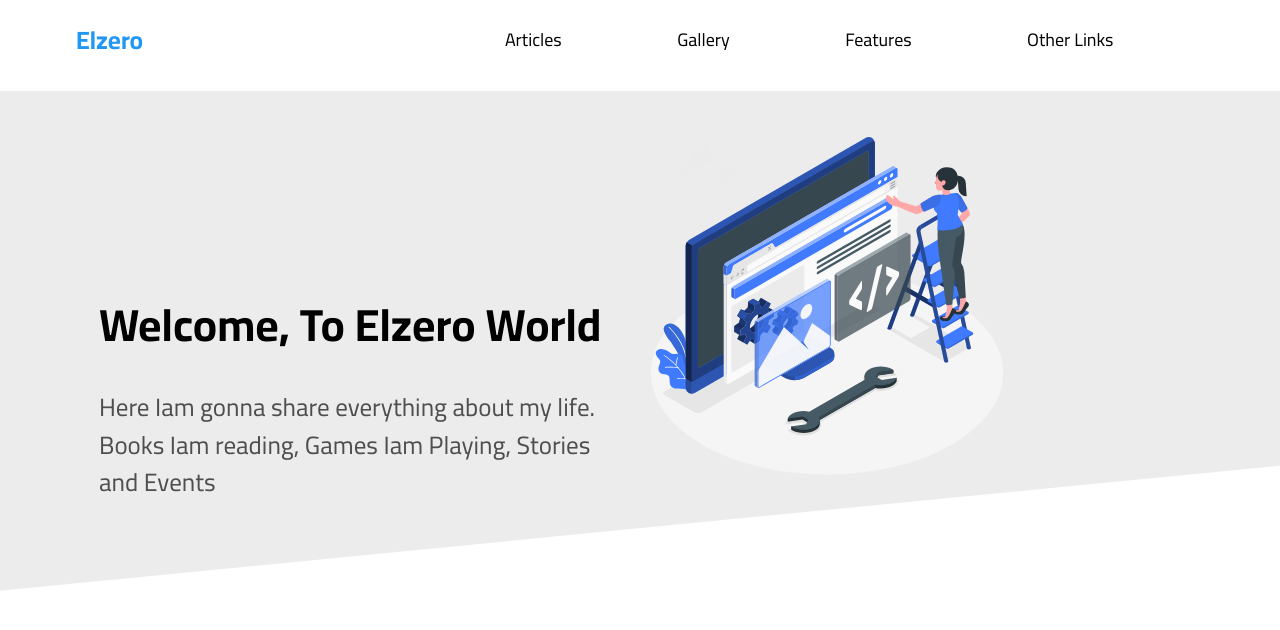
Repository: Toqa-25/elzeroAcdemey-Templete
Page: index.html
An editor plug-in stored every save of this project. The page is shown before and after a run of saves, followed by the edit.
The browser window is 1280 px wide. The pictures show the whole page.

Above is the page before, as saved 2022-01-16 21:48:27.

### index.html
<!DOCTYPE html>
<html lang="en">
<head>
    <meta charset="UTF-8">
    <meta http-equiv="X-UA-Compatible" content="IE=edge">
    <meta name="viewport" content="width=device-width, initial-scale=1.0">
    <!-- normalize file -->
    <link rel="stylesheet" href="css/normalize.css">
    <!-- css files -->
    <link rel="stylesheet" href="css/style.css">
    <!-- fontAwosem file -->
    <link rel="stylesheet" href="css/all.min.css">
     <!-- font files -->
     <link rel="preconnect" href="https://fonts.googleapis.com">
    <link rel="preconnect" href="https://fonts.gstatic.com" crossorigin>
    <link href="https://fonts.googleapis.com/css2?family=Cairo:wght@200;400;700;800;900&display=swap" rel="stylesheet">
    <!-- page title -->
    <title>templete 3</title>
</head>
<body>
    <!-- header section -->
    <header id="" class="">
        <div class="container">
            <div class="header-content">
                <div class="header-content-logo">
                    <a href="index.html" class="logo link-none">Elzero</a>
                </div>
                <nav>
                    <ul class="nav-list unlist">
                        <li class="nav-list-item"> <a href="" class="link-none  link-style" id="articles">articles</a></li>
                        <li class="nav-list-item"> <a href="" class="link-none  link-style" id="gallery">gallery</a></li>
                        <li class="nav-list-item"> <a href="" class="link-none  link-style" id="features">features</a></li>
                        <li class="nav-list-item" id="parent-other-links"> <a href="javascript:;" class="link-none  link-style " >other links</a>
                            <div class="other-links " id="child-other-links">
           <div class="other-links-content">
            <div class="other-links-content-img">
                <img src="images/header/Video files-amico.svg" alt="">
            </div>

            <ul class="other-links-list unlist">
            <div class="other-links-list-group-one">
              <li id="" class="other-links-list-item"><a href="" class="link-none  link-style "><i class="far fa-comments"></i> testimonials</a></li>
              <li id="" class="other-links-list-item"><a href="" class="link-none  link-style "><i class="far fa-user"></i> team member</a></li>
              <li id="" class="other-links-list-item"><a href="" class="link-none  link-style"><i class="far fa-building"></i> services</a></li>
              <li id="" class="other-links-list-item"><a href="" class="link-none  link-style"><i class="far fa-check-circle"></i> our skils</a></li>
              <li id="" class="other-links-list-item"><a href="" class="link-none  link-style"><i class="far fa-clipboard"></i> how it work</a></li>
            </div>
            <div class="other-links-list-group-one">
                <li id="" class="other-links-list-item"><a href="" class="link-none  link-style"><i class="far fa-calendar-alt"></i> events</a></li>
                <li id="" class="other-links-list-item"><a href="" class="link-none  link-style"><i class="fas fa-server"></i> pricing planes</a></li>
                <li id="" class="other-links-list-item"><a href="" class="link-none  link-style"><i class="far fa-play-circle"></i> top video</a></li>
                <li id="" class="other-links-list-item"><a href="" class="link-none  link-style"><i class="fas fa-chart-bar"></i> states</a></li>
                <li id="" class="other-links-list-item"><a href="" class="link-none  link-style"><i class="fas fa-percent"></i> request a discount</a></li>
            </div>
        </ul>
       </div>
       </div>
                        </li>

                    </ul>
                </nav>
            </div>
        </div>
    </header>
    <!-- welcom section -->
    <section id="welcome" class="welcome">
        <div class="container">
            <div class="welcome-content">
                <div class="welcome-content-info">
                    <h1 class="welcome-content-info-head">welcome, to elzero world</h1>
                    <p class="welcome-content-info-text">Here Iam gonna share everything about my life. Books Iam reading, Games Iam Playing, Stories and Events</p>
                </div>
                <div class="welcome-content-img">
                    <img src="images/welcome/Website setup-amico.svg" alt="" srcset="">
                </div>
            </div>
        </div>

    </section>


       <script src="script.js">

       </script>
</body>
</html>

### css/style.css
 /*
  - container
  -section head

 */
 /* global style */
 :root{
     /* --main-color:#45B2F8; */
     --main-color:#2196F3;
     --s-background:#ececec54;
     --f-background:#ececec;
     --p-color:#D6ECEC;
 }

 html , body{
     width: 100%;
     height: 100%;
     margin: 0;
     padding: 0;
     overflow: hidden;
 }
 *{
     box-sizing: border-box;
     margin: 0;
     padding: 0;
 }
 body{
     font-family: "Cairo", sans-serif;
 }
 .container{
      width: 90%;
      margin:0 auto;
      /* padding: 15px 0; */
 }
 .link-none{
     text-decoration: none;
 }
 .unlist{
     list-style: none;
 }
 .link-style{
    font-size: 18px;
    text-transform: capitalize;
 }

 /* header style */
 header{
   margin-bottom: 10px;
 }
.header-content{
    display: flex;
    justify-content: space-between;
    align-items: center;
    padding: 10px 12px ;
    margin-bottom: 10px;
}
.logo{
    font-weight: bolder;
    font-size:25px;
    color:var(--main-color)
}

nav{
    width: 70%;
}
.nav-list{
    display: flex;
    justify-content: space-evenly;
    align-items: center;
}
.nav-list-item {
    cursor: pointer;
    color:#000;
    padding: 20px  25px;
    position: relative;
    transition: background-color .2s ;
    -webkit-transition: background-color .2s ;
    -moz-transition: background-color .2s ;
    -ms-transition: background-color .2s ;
    -o-transition: background-color .2s ;
}
.nav-list-item::before{
    content: "";
    height: 3px;
    width: 0;
    background-color: var(--main-color);
    position: absolute;
    top: 0px;
    left: 0;
    transition: width .6s;
    -webkit-transition: width .6s;
    -moz-transition: width .6s;
    -ms-transition: width .6s;
    -o-transition: width .6s;
}
.nav-list-item a{
        color:#000;
}

.nav-list-item:hover  {
    background-color: var(--s-background);
}
.nav-list-item:hover  a {
    color:var(--main-color);
}
.nav-list-item:hover::before{
        width: 100%;
}
#parent-other-links{
    position: relative;
}
#parent-other-links:hover #child-other-links{
    transform:translateY(20px) ;
    -webkit-transform:translateY(20px) ;
    -moz-transform:translateY(20px) ;
    -ms-transform:translateY(20px) ;
    -o-transform:translateY(20px) ;
}
/* media query for header*/
@media (max-width:767px){
    .header-content{
        flex-direction:column ;
        padding:5px 12px;
}
.header-content-logo{
    margin-bottom: 5px;
}
nav{
    width: 80%;
}
.nav-list-item{
    padding:17px 10px;
}
.nav-list-item a{
    font-size: 15px;
}
}
                       /*************************************/
/* style for other links */
.other-links{
 /*margin-top: 10px;
 */margin: 10 auto;
 transform: translatey(1000%);
 -webkit-transform: translatey(1000%);
 -moz-transform: translatey(1000%);
 -ms-transform: translatey(1000%);
 -o-transform: translatey(1000%);
 transition: transform .5s;
 -webkit-transition: transform .5s;
 -moz-transition: transform .5s;
 -ms-transition: transform .5s;
 -o-transition: transform .5s;
}
.other-links-content{
    display: flex;
    border-bottom: 4px solid var(--main-color);
    border-top: 2px solid var(--s-background);
}
.other-links-content-img{
    margin:auto;
}
.other-links-content-img img{
    width: 100%;
}
.other-links-list{
    width:55%;
    display: flex;
    justify-content: space-between;
    padding: 10px;
    align-items: center;
}
.other-links-list-group-one{
    width:45%
}
.other-links-list-item{
    padding: 15px ;
    border-bottom: 1px solid rgba(0, 0, 0, 0.337);
    position: relative;
    cursor: pointer;

}
.other-links-list-item:last-child{
    border:none;
}
.other-links-list-item::before{
    content:"";
    position: absolute;
    top: 0;
    left: 0;
    height: 100%;
    width: 0%;
    background-color: var(--s-background);
    transition:width .5s;
    -webkit-transition:width .5s;
    -moz-transition:width .5s;
    -ms-transition:width .5s;
    -o-transition:width .5s;
}
.other-links-list-item:hover::before{
    width: 100%;
}
.other-links-list-item a{
    font-weight: bold;
    color:var(--main-color)
}
.other-links-list-item > a > i{
 margin-right: 10px;
}
.other{
    transform: translatey(20px);
    -webkit-transform: translatey(20px);
    -moz-transform: translatey(20px);
    -ms-transform: translatey(20px);
    -o-transform: translatey(20px);
}
#child-other-links{
    width:85vw;
    position: absolute;
    right: 5px;
    /* background-color: violet; */
}
@media(max-width:991px){
    #child-other-links{
     width:87vw;
    }
     .other-links-content-img{
        display: none;
    }
    .other-links-list{
        width: 100%;
    }
}
@media(max-width:767px){
    #child-other-links{
        width:100vw;
        margin-right: -166px;
    }
     .other-links-list{
        flex-direction: column;
    }
        .other-links-list-group-one{
    width:100%;
}
.other-links-list-item:last-child{
    border-bottom: 1px solid rgba(0, 0, 0, 0.337);
}
 .other-links-list-item a{
     font-size: 18px;
 }
}
/********************************************************************************************/
/* style for other welcome section */

.welcome{
    /* background-color: var(--s-background);
    clip-path: polygon(0 0, 100% 0, 100% 35%, 0 70%);
    margin-bottom: 500px; */
    /* background-color: var(--s-background);
    clip-path: polygon(0 0, 100% 0, 100% 35%, 0 70%);
    margin-bottom: 500px; */
   background-color: var(--f-background);
    clip-path: polygon(0 0, 100% 0, 100% 75%, 0 100%);
    height: 500px;
    padding: 20px 0px;
    margin-bottom: 500px;

}

.welcome-content{
    display: flex;
}
.welcome-content-info{
    width:50%;
    padding: 150px 35px;
    line-height: 1.5;
}
.welcome-content-info-head {
    font-size: 45px;
    text-transform: capitalize;
    /* margin-bottom: 10px; */
}
.welcome-content-info-text{
    color:rgba(0, 0, 0, 0.67);
    font-size: 25px;
}
.welcome-content-img{
    width:50%
}
.welcome-content-img img{
    width:65%
}

### script.js
let otherParent = document.getElementById("parent-other-links");
let otherChild = document.getElementById("child-other-links");
otherParent.onclick = function () {
  otherChild.classList.toggle("other");
};

Loaded but not shown: css/normalize.css (library); css/all.min.css (library)

After the next 2 saves:
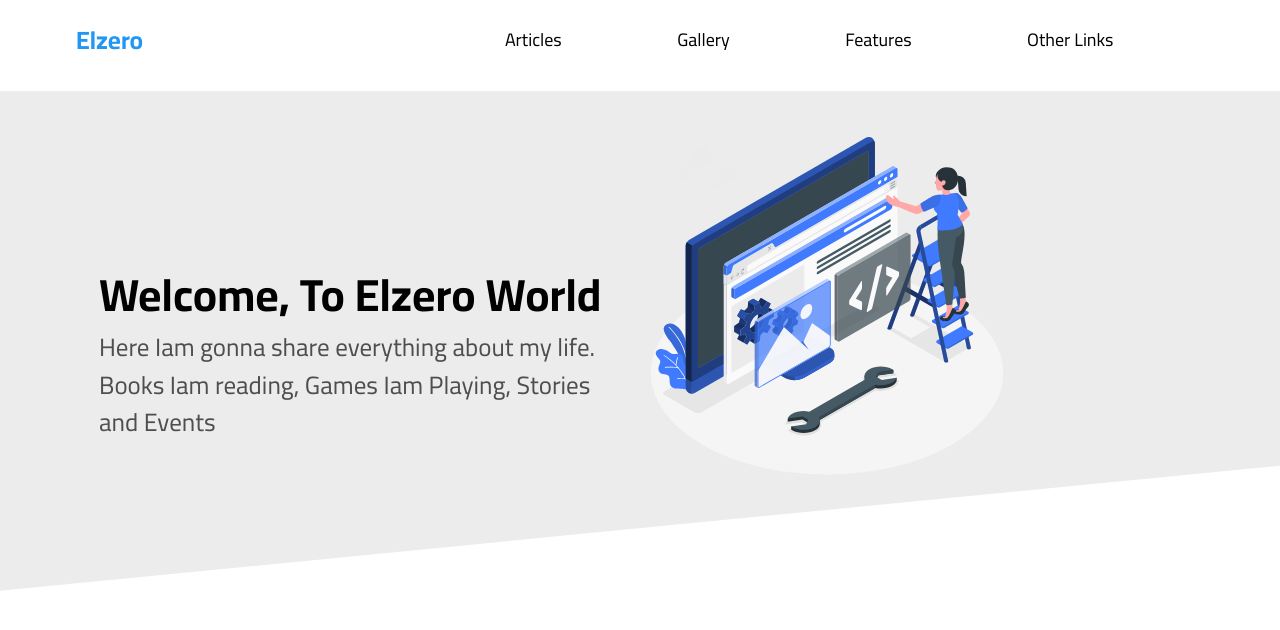
The 2 saves are shown as one change because they came seconds apart.
The last was saved 7 s later.
--- a/css/style.css
+++ b/css/style.css
@@ -19,7 +19,7 @@
      padding: 0;
      overflow: hidden;
  }
- *{
+ * , h1{
      box-sizing: border-box;
      margin: 0;
      padding: 0;

After the save that followed:
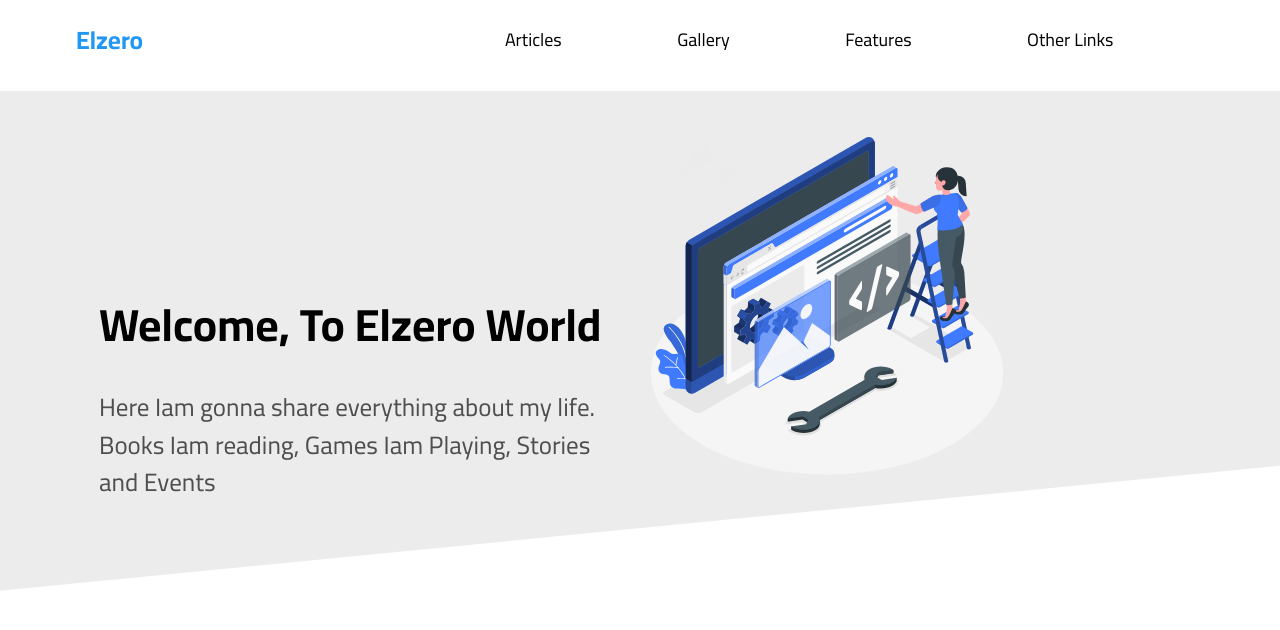
Saved 19 s later.
--- a/css/style.css
+++ b/css/style.css
@@ -19,7 +19,7 @@
      padding: 0;
      overflow: hidden;
  }
- * , h1{
+ * {
      box-sizing: border-box;
      margin: 0;
      padding: 0;
